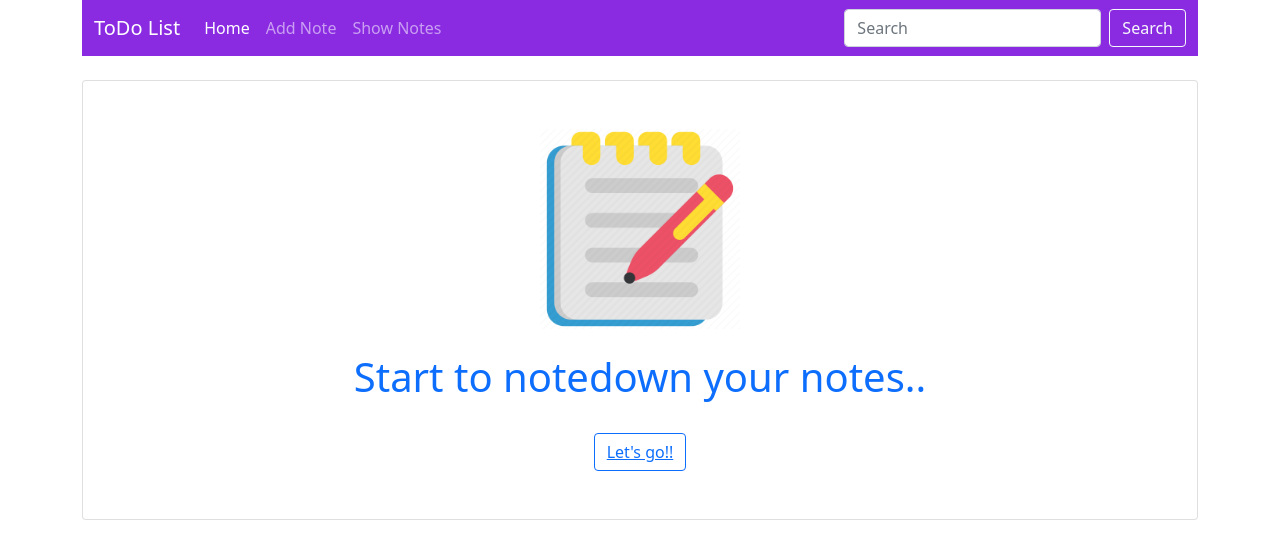
Repository: VishalSalvi17/Hibernate
Page: http://localhost/ToDoList/
The author's editor kept a copy of each file at every save. The page is drawn from the files as they stood at one save, then again after the next save.
The browser window is 1280 px wide. The pictures show the whole page.
Some web libraries are served in a nearby version. The page is served by Tomcat 9.

Above is the page before, as saved 2023-03-17 07:51:28.

After the next save:
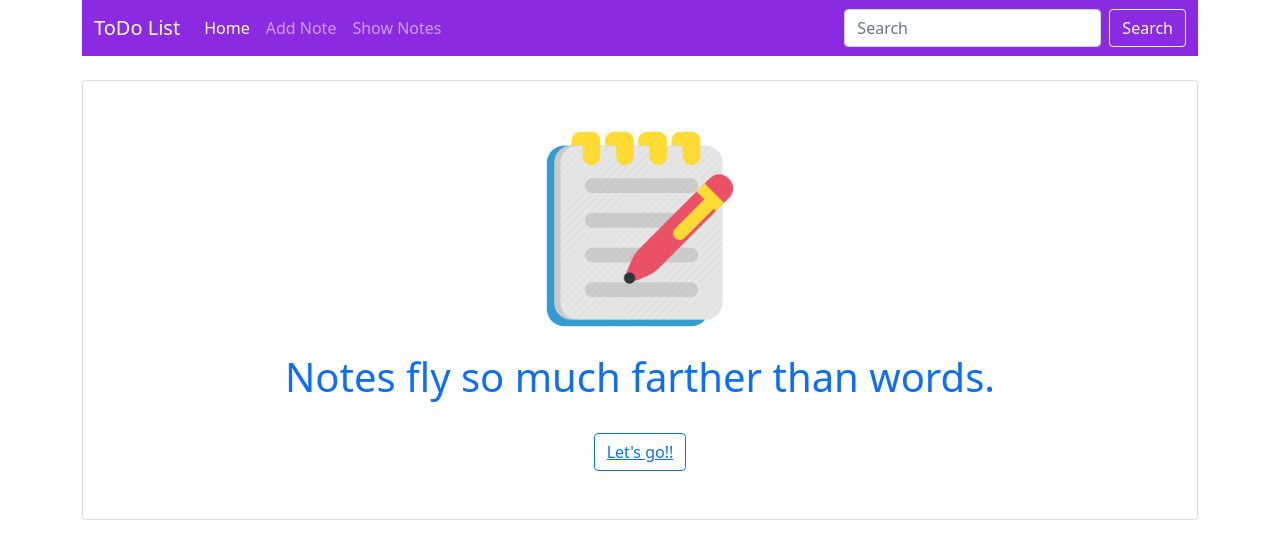
Saved 77 s later.
--- a/ToDoList/src/main/webapp/index.jsp
+++ b/ToDoList/src/main/webapp/index.jsp
@@ -20,7 +20,7 @@
 		<img alt="" class = "img-fluid mx-auto" width=200px src="img/notebook.webp" >
 		<!-- <i class="fa-solid fa-envelope"></i>-->
 		<br>
-		<h1 class = "text-primary text-center">Start to notedown your notes..</h1>
+		<h1 class = "text-primary text-center">Notes fly so much farther than words. </h1>
 		<br>
 		<div class="container text-center">
 			<button class="btn btn-outline-primary text-center"><a href = "addnote.jsp">Let's go!!</a></button>
